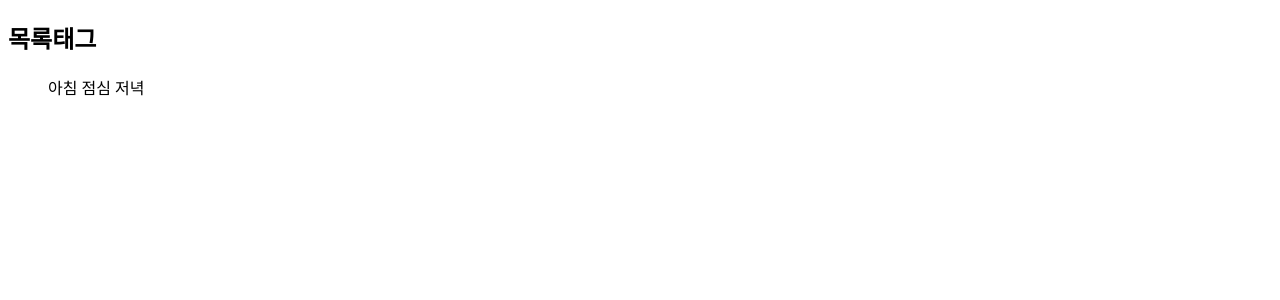
Repository: Cheol-Cheol/KOSA
Page: Kcc_web/Html/WebContent/list.html
An editor plug-in stored every save of this project. The page is shown before and after the next save, followed by the edit.
The browser window is 1280 px wide. The pictures show the whole page.

Above is the page before, as saved 2024-07-08 02:36:33.

### Kcc_web/Html/WebContent/list.html
<!DOCTYPE html>
<html>
<head>
<meta charset="UTF-8">
<title>Insert title here</title>
<style type="text/css">
	li {
		display: inline;
	}
</style>
</head>
<body>
	<h2>목록태그</h2>
	<ul>
		<li>아침</li>
		<li>점심</li>
		<li>저녁</li>
	</ul>
</body>
</html>

After the next save:
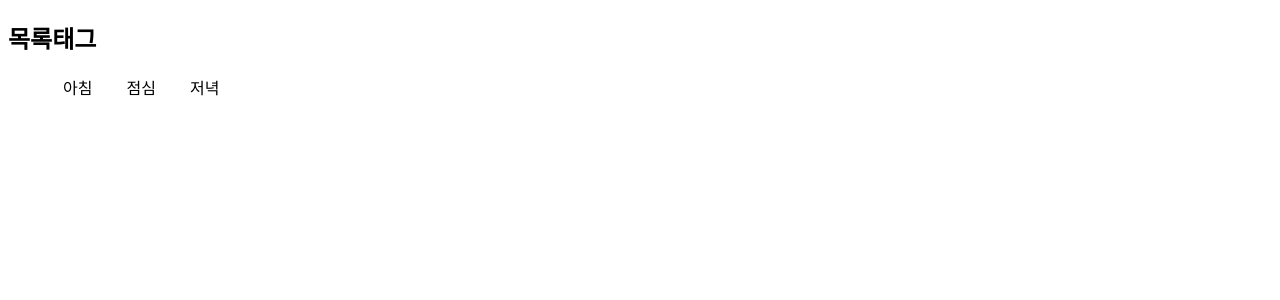
Saved 12 s later.
--- a/Kcc_web/Html/WebContent/list.html
+++ b/Kcc_web/Html/WebContent/list.html
@@ -6,6 +6,7 @@
 <style type="text/css">
 	li {
 		display: inline;
+		padding: 5px 15px;
 	}
 </style>
 </head>
